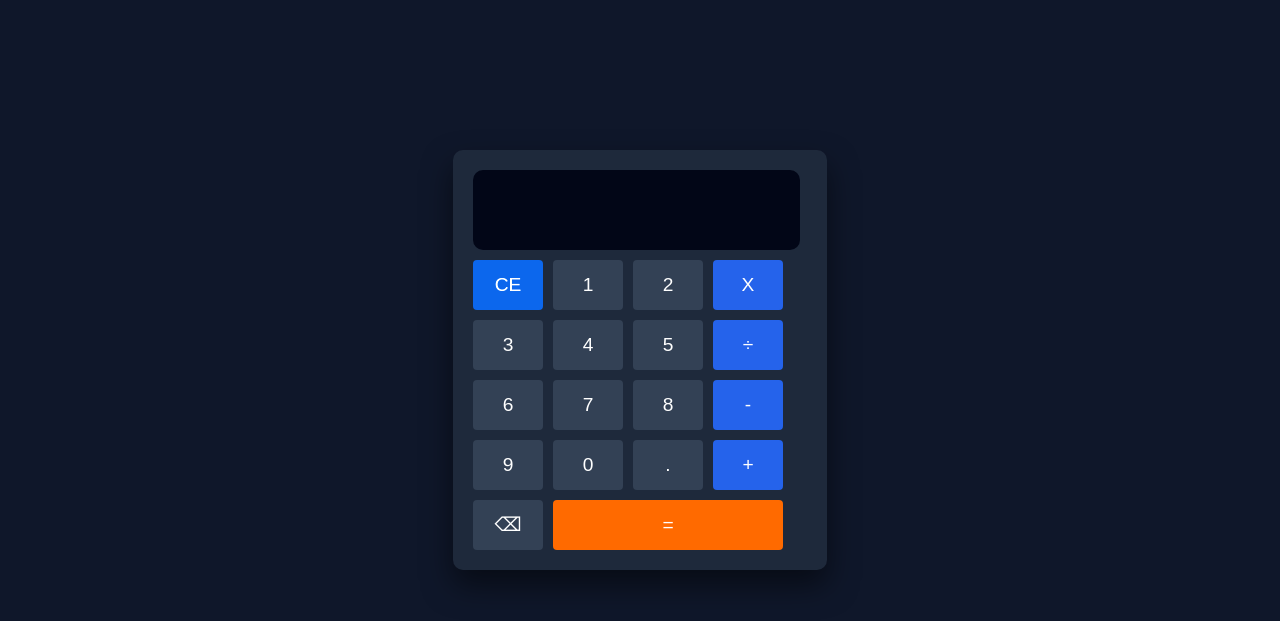
Repository: slokdhorda/first_projects
Page: calculator/index.html
An editor plug-in stored every save of this project. The page is shown before and after the next save, followed by the edit.
The browser window is 1280 px wide. The pictures show the whole page.
The pointer rests on the first visible `.calculator_container_button .btn`.

Above is the page before, as saved 2025-12-18 16:28:19.

### calculator/index.html
<!DOCTYPE html>
<html lang="en">
  <head>
    <meta charset="UTF-8" />
    <meta name="viewport" content="width=device-width, initial-scale=1.0" />
    <title>Calculator</title>

    <link href="https://cdn.jsdelivr.net/npm/bootstrap@5.0.2/dist/css/bootstrap.min.css" rel="stylesheet" integrity="sha384-EVSTQN3/azprG1Anm3QDgpJLIm9Nao0Yz1ztcQTwFspd3yD65VohhpuuCOmLASjC" crossorigin="anonymous">
    <script src="https://cdn.jsdelivr.net/npm/bootstrap@5.0.2/dist/js/bootstrap.bundle.min.js" integrity="sha384-MrcW6ZMFYlzcLA8Nl+NtUVF0sA7MsXsP1UyJoMp4YLEuNSfAP+JcXn/tWtIaxVXM" crossorigin="anonymous"></script>
    <link rel="stylesheet" href="assets/css/style.css" />
  </head>
  <body>
    <div class="calculator_container_button">
      <input type="text" id="display" class="form-control" disabled />
      <div class="button">
        <button class="btn btn-primary" onclick="ClearDisplay()">CE</button>
        <button class="btn btn-primary" onclick="numvalue('1')">1</button>
        <button class="btn btn-primary" onclick="numvalue('2')">2</button>
        <button class="btn btn-warning" onclick="numvalue('*')">X</button>

        <button class="btn btn-primary" onclick="numvalue('3')">3</button>
        <button class="btn btn-primary" onclick="numvalue('4')">4</button>
        <button class="btn btn-primary" onclick="numvalue('5')">5</button>

        <button class="btn btn-warning" onclick="numvalue('/')">÷</button>
        <button class="btn btn-primary" onclick="numvalue('6')">6</button>
        <button class="btn btn-primary" onclick="numvalue('7')">7</button>

        <button class="btn btn-primary" onclick="numvalue('8')">8</button>
        <button class="btn btn-warning" onclick="numvalue('-')">-</button>
        <button class="btn btn-primary" onclick="numvalue('9')">9</button>

        <button class="btn btn-primary" onclick="numvalue('0')">0</button>
        <button class="btn btn-primary" onclick="numvalue('.')">.</button>
        <button class="btn btn-warning" onclick="numvalue('+')">+</button>
        <button class="btn btn-primary" onclick="backspace()">⌫</button>
        <button class="btn btn-equal" onclick="EqualTo()">=</button>
      </div>
    </div>
    <script src="assets/js/script.js"></script>
    <script src="https://cdn.jsdelivr.net/npm/@popperjs/core@2.9.2/dist/umd/popper.min.js" integrity="sha384-IQsoLXl5PILFhosVNubq5LC7Qb9DXgDA9i+tQ8Zj3iwWAwPtgFTxbJ8NT4GN1R8p" crossorigin="anonymous"></script>
    <script src="https://cdn.jsdelivr.net/npm/bootstrap@5.0.2/dist/js/bootstrap.min.js" integrity="sha384-cVKIPhGWiC2Al4u+LWgxfKTRIcfu0JTxR+EQDz/bgldoEyl4H0zUF0QKbrJ0EcQF" crossorigin="anonymous"></script>
  </body>
</html>

### calculator/assets/css/style.css
body {
  font-family: Arial, Helvetica, sans-serif;
  display: flex;
  justify-content: center;
  min-height: 100vh;
  background-color: #0f172a; /* dark navy */
}
.calculator_container_button {
  position: relative;
  top: 150px;
  background-color: #1e293b; /* slate blue */
  padding: 20px;
  border-radius: 10px;
  box-shadow: 0px 4px 10px rgba(0, 0, 0, 0.1);
  height: 420px;
  box-shadow: 0 15px 30px rgba(0, 0, 0, 0.5);
}
#display {
  width: 98%;
  height: 80px;
  font-size: 1.5rem;
  text-align: right;
  margin-bottom: 10px;
  background-color: #020617; /* near black */
  border: 1px solid #e8eef5;
  color: #e5e7eb;
  border-radius: 10px;
  border: none;
}
.button {
  display: grid;
  grid-template-columns: repeat(4, 70px);
  grid-auto-rows: auto;
  gap: 10px;
}
.button button {
  height: 50px;
  font-size: 1.2rem;
  border: none;
  cursor: pointer;
  transition: all 0.2s ease;
  background-color: #334155;
  color: #ffffff;
  border: none;
}
.btn-equal {
  background-color:#ff6a00 !important;
  color: #ffffff;
}

.btn-equal:hover {
  background-color: #ea580c;
  transform: scale(1.03);
}

.calculator_container_button .btn:hover {
  filter: brightness(1.1);
}

.btn-equal {
  grid-column: span 3;
}
.calculator_container_button .btn-warning {
  background-color: #2563eb;
}
.calculator_container_button .btn-warning:hover {
  background-color: #1d4ed8;
}

### calculator/assets/js/script.js
      const display = document.getElementById("display");

      function numvalue(value) {
        display.value += value;
      }
      function ClearDisplay() {
        display.value = "";
      }
      function EqualTo() {
        try {
          display.value = eval(display.value);
        } catch {
          display.value = "Undefined";
        }
      }
      function backspace() {
        let display = document.getElementById("display");
        display.value = display.value.slice(0, -1);
      }
      function numvalue(value) {
        const operators = ["+", "-", "*", "/"];

        if (
          operators.includes(value) &&
          operators.includes(display.value.slice(-1))
        ) {
          return;
        }

        display.value += value;
      }

After the next save:
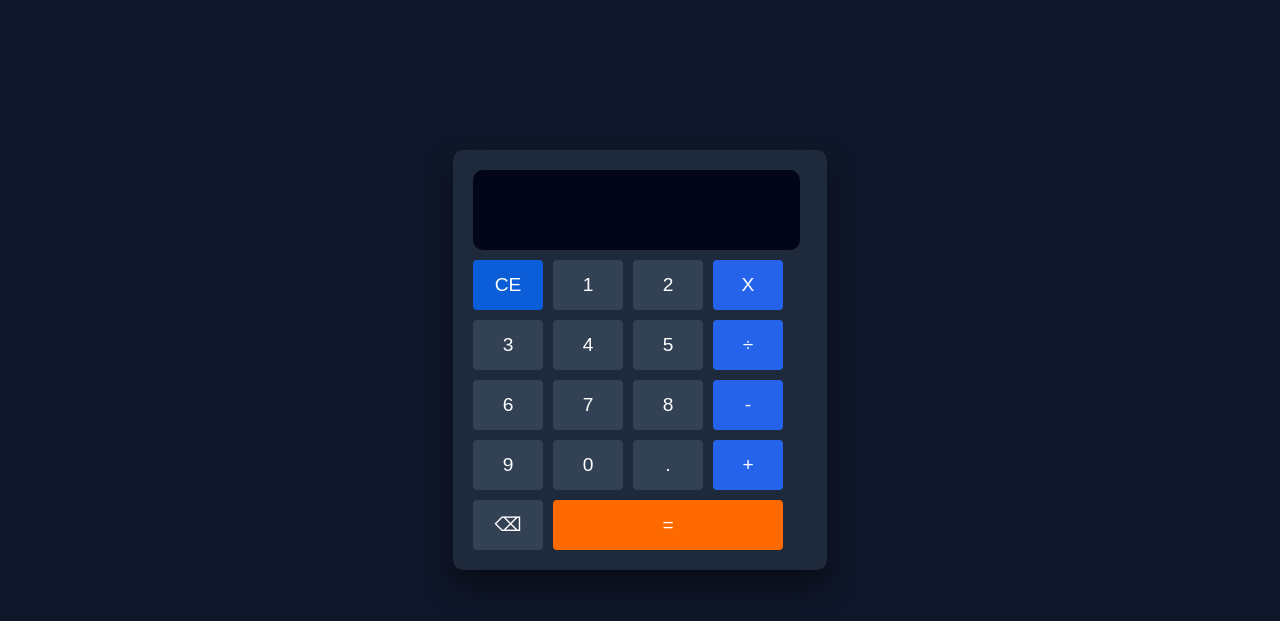
Saved 46 s later.
--- a/calculator/assets/css/style.css
+++ b/calculator/assets/css/style.css
@@ -53,9 +53,7 @@
   transform: scale(1.03);
 }
 
-.calculator_container_button .btn:hover {
-  filter: brightness(1.1);
-}
+
 
 .btn-equal {
   grid-column: span 3;

After the save that followed:
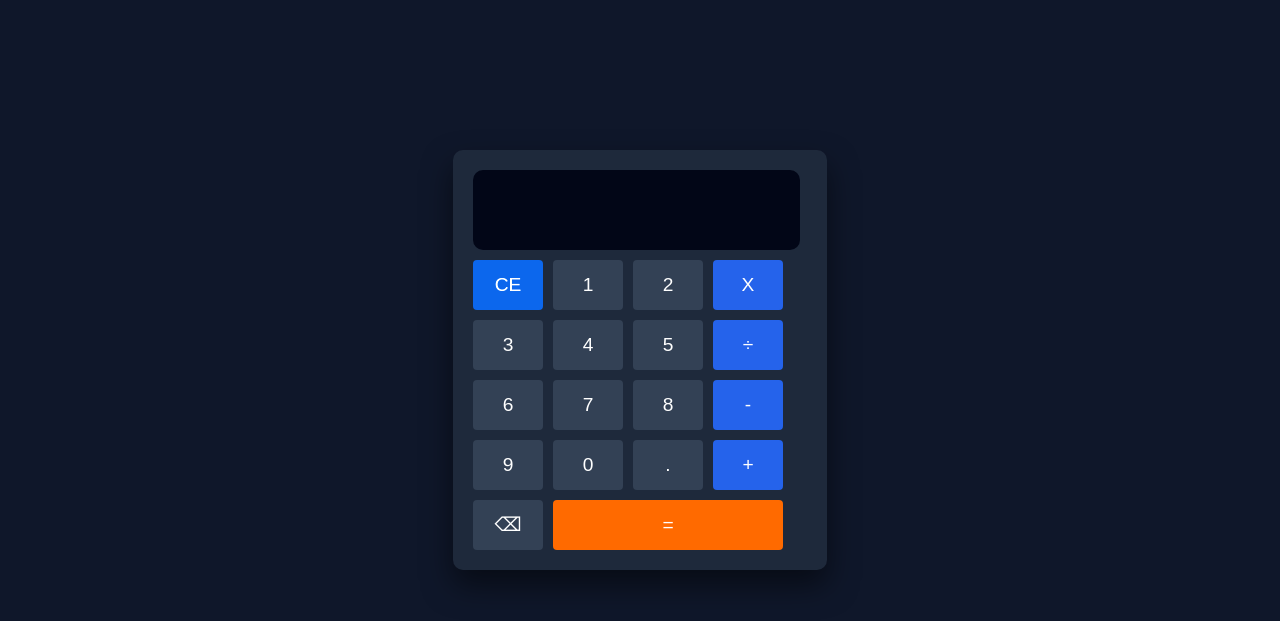
Saved 8 s later.
--- a/calculator/assets/css/style.css
+++ b/calculator/assets/css/style.css
@@ -53,7 +53,9 @@
   transform: scale(1.03);
 }
 
-
+.calculator_container_button .btn:hover {
+  filter: brightness(1.1);
+}
 
 .btn-equal {
   grid-column: span 3;
